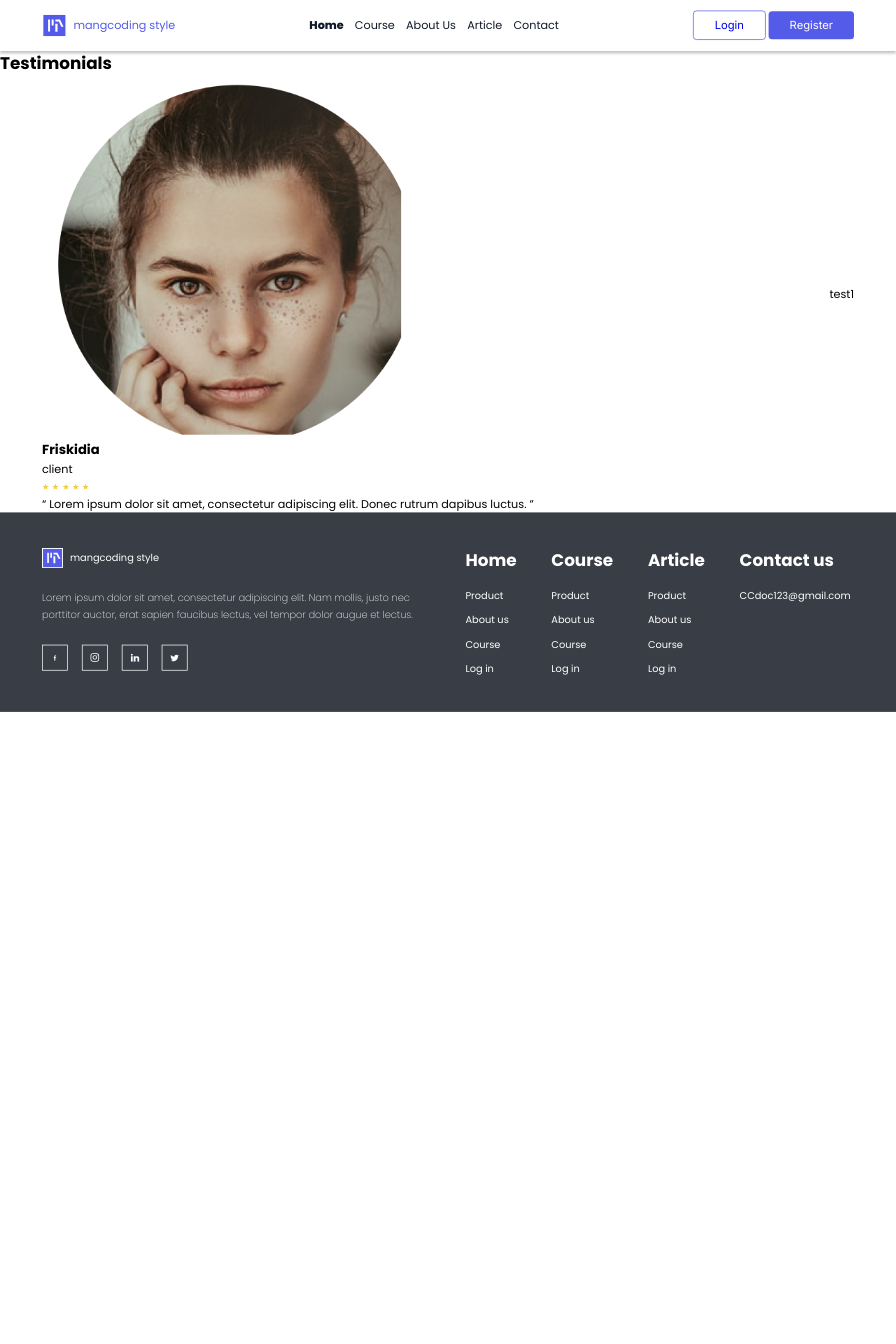
Repository: Dania-Alqam/landing-page
Page: index.html
An editor plug-in stored every save of this project. The page is shown before and after a run of saves, followed by the edit.
The browser window is 1280 px wide. The pictures show the part of the page from y = 0 to 1920 px (the page is 5000 px tall), at 70% of full size.

Above is the page before, as saved 2024-06-22 00:58:37.

### index.html
<!DOCTYPE html>
<html lang="en">

<head>
    <meta charset="UTF-8" />
    <meta name="viewport" content="width=device-width, initial-scale=1.0" />
    <title>Document</title>
    <link rel="stylesheet" href="./assests/css/main.css" />
</head>

<body>
    <header class="header">
        <div class="container">
            <div class="row">
                <div class="logo">
                    <img src="./assests/images/public/Logo.svg" alt="logo" />
                    <a href="#">mangcoding style</a>
                </div>
                <nav class="nav">
                    <ul>
                        <li>
                            <a href="#" class="active">Home</a>
                        </li>
                        <li>
                            <a href="#">Course</a>
                        </li>
                        <li>
                            <a href="#">About Us</a>
                        </li>
                        <li>
                            <a href="#">Article</a>
                        </li>
                        <li>
                            <a href="#">Contact</a>
                        </li>
                    </ul>
                </nav>
                <div class="auth">
                    <a href="#">Login</a>
                    <a href="#">Register</a>
                </div>
            </div>
        </div>
    </header>

    <main>
        <section class="testimonials">
            <h2>
                Testimonials
            </h2>
            <div class="container">
                <div class="row">
                    <div class="testimonial">
                        <div class="user-info">
                            <img src="assests/images/clients/user1.png"/>
                            <div class="user-data">
                                <h3>Friskidia</h3>
                                <span>client</span>
                            </div>
                        </div>
                        <div class="ratings">
                            <img src="./assests/images/public/Star.svg" alt="stars"/>
                            <img src="./assests/images/public/Star.svg" alt="stars"/>
                            <img src="./assests/images/public/Star.svg" alt="stars"/>
                            <img src="./assests/images/public/Star.svg" alt="stars"/>
                            <img src="./assests/images/public/Star.svg" alt="stars"/>

                        </div>
                        <blockquote>
                            <q>
                                Lorem ipsum dolor sit amet, consectetur adipiscing elit. Donec rutrum dapibus luctus.
                            </q>
                        </blockquote>
                    </div>
                    <div class="testimonial">
                        test1
                    </div>
                </div>
            </div>

        </section>
    </main>
    <footer class="footer">
        <div class="container">
            <div class="row">
                <div class="footer-start">
                    <div class="logo">
                        <img src="./assests/images/public/Logo.svg" alt="logo" />
                        <a href="#">mangcoding style</a>
                    </div>
                    <p>
                        Lorem ipsum dolor sit amet, consectetur adipiscing elit. Nam
                        mollis, justo nec porttitor auctor, erat sapien faucibus lectus,
                        vel tempor dolor augue et lectus.
                    </p>
                    <div class="icons">
                        <a href="#"><img src="./assests/images/public/facebok.svg" /></a>
                        <a href="#"><img src="./assests/images/public/instagram.svg" /></a>
                        <a href="#"><img src="./assests/images/public/linkedin.svg" /></a>
                        <a href="#"><img src="./assests/images/public/twitter.svg" /></a>
                    </div>
                </div>
                <div class="footer-end">
                    <div class="row">
                        <div class="footer-item">
                            <h2>
                                Home
                            </h2>
                            <ul>
                                <li>
                                    <a href="#">Product</a>
                                </li>
                                <li>
                                    <a href="#">About us</a>
                                </li>
                                <li>
                                    <a href="#">Course</a>
                                </li>
                                <li>
                                    <a href="#">Log in</a>
                                </li>
                            </ul>
                        </div>
                        <div class="footer-item">
                            <h2>
                                Course
                            </h2>
                            <ul>
                                <li>
                                    <a href="#">Product</a>
                                </li>
                                <li>
                                    <a href="#">About us</a>
                                </li>
                                <li>
                                    <a href="#">Course</a>
                                </li>
                                <li>
                                    <a href="#">Log in</a>
                                </li>
                            </ul>
                        </div>
                        <div class="footer-item">
                            <h2>
                                Article
                            </h2>
                            <ul>
                                <li>
                                    <a href="#">Product</a>
                                </li>
                                <li>
                                    <a href="#">About us</a>
                                </li>
                                <li>
                                    <a href="#">Course</a>
                                </li>
                                <li>
                                    <a href="#">Log in</a>
                                </li>
                            </ul>
                        </div>
                        <div class="footer-item">
                            <h2>
                                Contact us
                            </h2>
                            <ul>
                                <li>
                                    <a href="#">CCdoc123@gmail.com</a>
                                </li>

                        </div>
                    </div>
                </div>
            </div>
        </div>
    </footer>
</body>

</html>

### assests/css/main.css
@import url(./public.css);

/* start header */
.header {
  position: sticky;
  top: 0;
  box-shadow: 0px 4px 4px rgba(0, 0, 0, 0.25);
  padding: 20px 0;
}

.nav ul {
  display: flex;
  flex-wrap: wrap;
  gap: 16px;
}
.header .logo {
  display: flex;
  flex-wrap: wrap;
  align-items: center;
  gap: 10px;
}
.header .logo img {
  width: 35px;
}

.header .logo a {
  color: var(--mainColor);
}

.header .nav a {
  color: #101928;
}

.header .nav a:hover {
  color: var(--mainColor);
}
/* For the home bold*/
.active {
  font-weight: 800;
}
/* common properities*/
.header .auth a {
  font-family: var(--subFont);
  padding: 10px 30px;
  border-radius: 5px;
}
.header .auth a:first-of-type {
  border: 1px solid var(--mainColor);
}
.header .auth a:last-of-type {
  background-color: var(--mainColor);
  color: white;
}
@media (max-width: 900px) {
  .header .nav {
    display: none;
  }
}
/* end header */

/* start footer */
.footer {
  background-color: #393e46;
  padding: 50px 0;
}

.footer a,
.footer h2 {
  color: #fff;
}

.footer .footer-start,
.footer .footer-end {
  width: calc((100% - 40px) / 2);
}

.footer .row {
  gap: 40px;
}

.footer .footer-start {
  display: flex;
  flex-direction: column;
  gap: 30px;
  flex-wrap: wrap;
}

.footer .footer-start .logo {
  display: flex;
  flex-wrap: wrap;
  gap: 10px;
  align-items: center;
}
.footer .footer-start .logo img {
  width: 30px;
}
.footer .footer-start .logo a {
  font-size: 14px;
}
.footer .footer-start p {
  color: #f4f4f4;
  line-height: 25px;
  font-size: 14px;
  font-weight: 200;
}
.footer .footer-start .icons {
  display: flex;
  flex-wrap: wrap;
  gap: 20px;
}
.footer .footer-start .icons img {
  width: 15px;
  height: 15px;
  border: 1px solid #fff;
  padding: 10px;
  box-sizing: content-box;
}

.footer-end .row {
  align-items: start;
  justify-content: space-around;
}
.footer-end .footer-item {
  display: flex;
  flex-direction: column;
  flex-wrap: wrap;
  gap: 20px;
}
.footer-end .footer-item ul {
  display: flex;
  flex-direction: column;
  flex-wrap: wrap;
  gap: 10px;
}
.footer-end .footer-item a {
  font-size: 14px;
  }
/* end footer */

### assests/images/public/Star.svg
<svg width="10" height="9" viewBox="0 0 10 9" fill="none" xmlns="http://www.w3.org/2000/svg">
<path d="M5.00313 0.422667C5.06478 0.232942 5.33319 0.232942 5.39483 0.422668L6.26237 3.09266C6.28994 3.17751 6.36901 3.23496 6.45822 3.23496H9.26562C9.46511 3.23496 9.54805 3.49023 9.38666 3.60749L7.11543 5.25764C7.04325 5.31007 7.01305 5.40302 7.04062 5.48787L7.90815 8.15787C7.9698 8.34759 7.75265 8.50536 7.59126 8.3881L5.32003 6.73796C5.24785 6.68552 5.15012 6.68552 5.07794 6.73796L2.80671 8.3881C2.64532 8.50536 2.42817 8.34759 2.48981 8.15787L3.35735 5.48787C3.38492 5.40302 3.35472 5.31007 3.28254 5.25764L1.01131 3.60749C0.849916 3.49023 0.93286 3.23496 1.13235 3.23496H3.93975C4.02896 3.23496 4.10803 3.17751 4.1356 3.09266L5.00313 0.422667Z" fill="#F1CC4A"/>
</svg>

### assests/css/public.css
@import url('https://fonts.googleapis.com/css2?family=Poppins:ital,wght@0,100;0,200;0,300;0,400;0,500;0,600;0,700;0,800;0,900;1,100;1,200;1,300;1,400;1,500;1,600;1,700;1,800;1,900&display=swap');
@import url('https://fonts.googleapis.com/css2?family=Inter:wght@100..900&display=swap');

*{
    margin: 0;
    padding: 0;
    box-sizing: border-box;
}
:root{
    --mainFont: "Poppins", sans-serif;
    --subFont:  "Inter", sans-serif;
    --mainColor: #545BE8;

}
body{
    font-family: var(--mainFont);
    height: 5000px;
}
a{
    text-decoration: none;
}
ul{
    list-style: none;
}
.row{
    display: flex;
    justify-content: space-between;
    align-items: center;
    flex-wrap: wrap;

}

.container{
    /* width from figma is 60px from each side*/
    width: calc(100% - 120px);
    margin: auto;
}

After the next 2 saves:
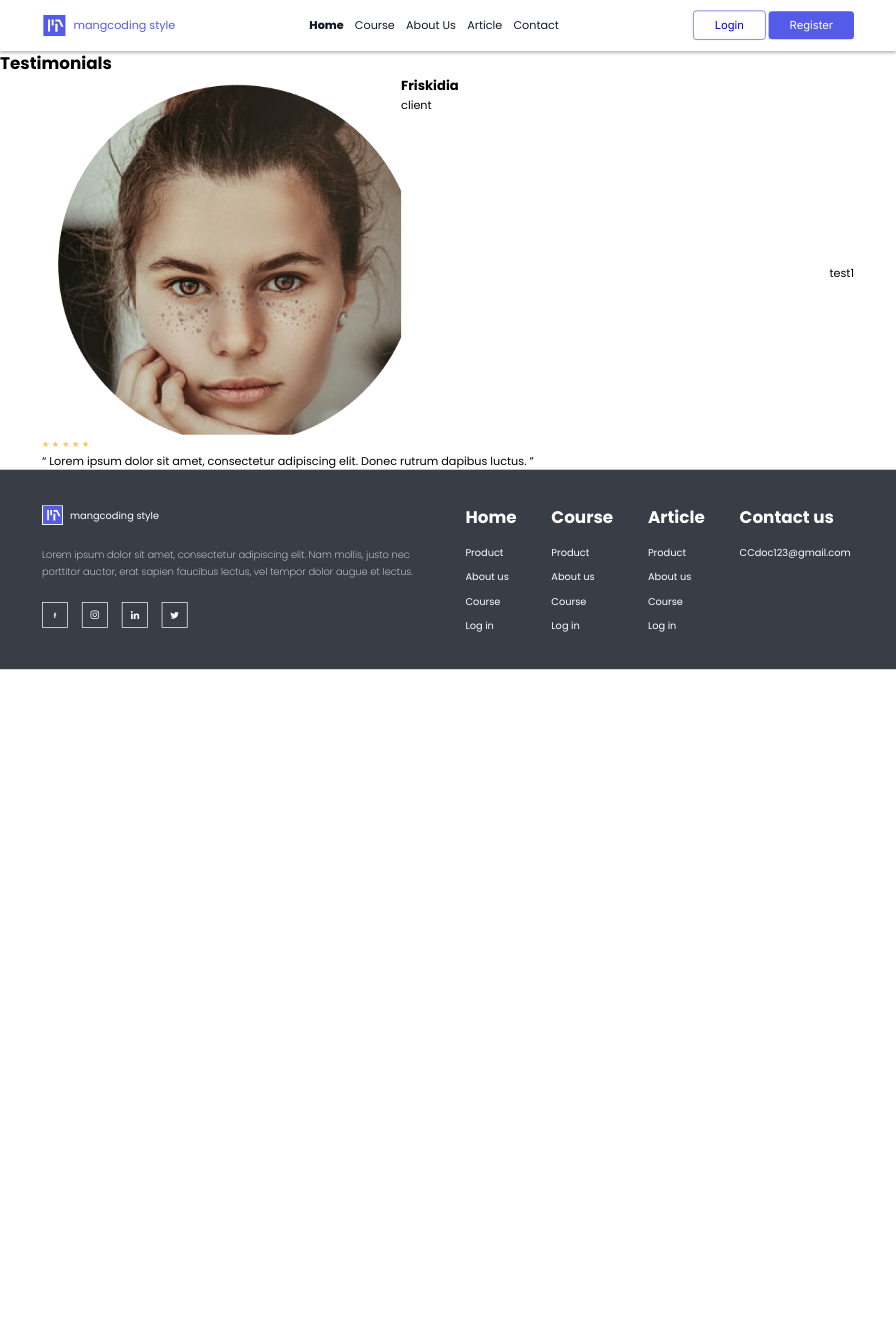
The 2 saves are shown as one change because they came seconds apart.
The last was saved 10 s later.
--- a/assests/css/main.css
+++ b/assests/css/main.css
@@ -135,4 +135,8 @@
 .footer-end .footer-item a {
   font-size: 14px;
   }
+
+  .testimonial .user-info{
+    display: flex;
+  }
 /* end footer */
